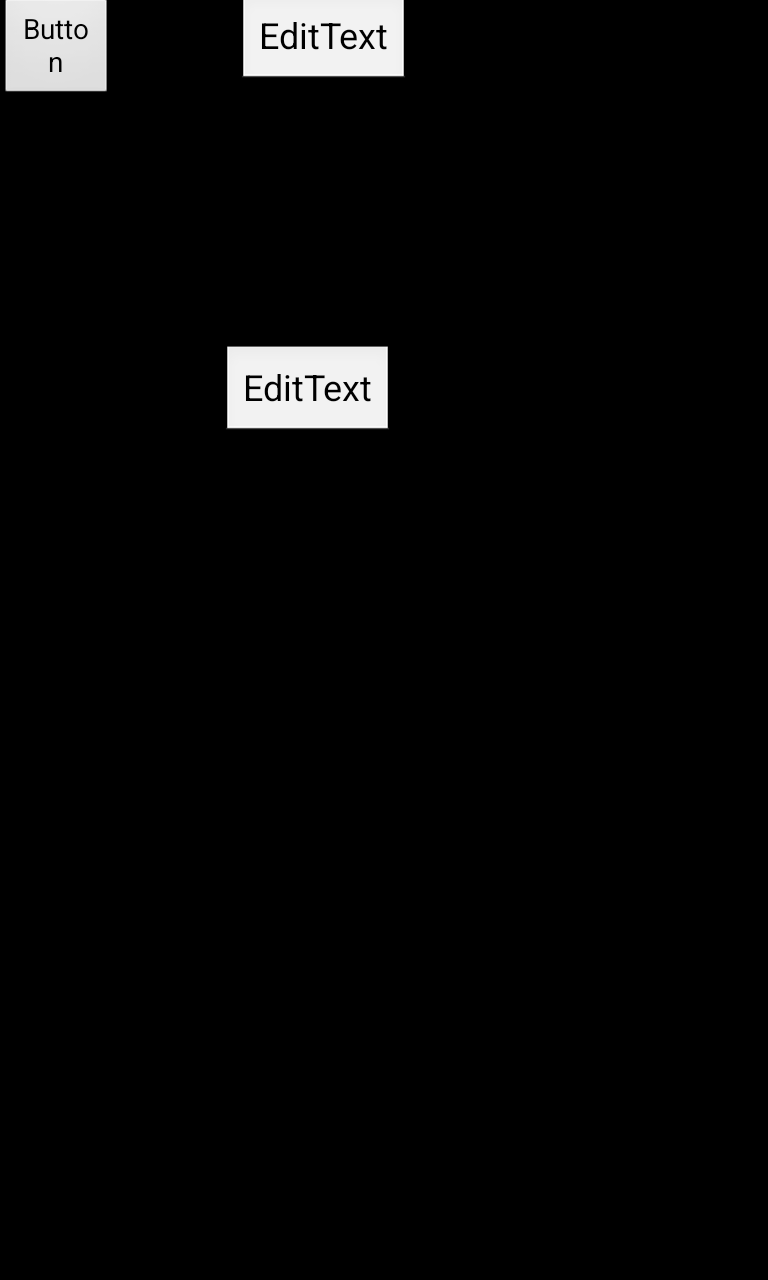
Repository: nuces-acm/DevFest-12-Team-9
Layout: data/Eclipse Workspace of android/Devfest/DCSClientApp/res/layout/test.xml
These files come from the project's save history. The layout is drawn as it stood at one moment and after the next save; the edit follows.
It is drawn on a 768 x 1280 px phone screen (xhdpi) without system bars, with theme android:Theme; the app's code is not run.

Above is the layout before, as saved 2012-04-01 02:32:46.

### data/Eclipse Workspace of android/Devfest/DCSClientApp/res/layout/test.xml
<?xml version="1.0" encoding="utf-8"?>
<AbsoluteLayout
	android:id="@+id/widget35"
	android:layout_width="fill_parent"
	android:layout_height="fill_parent"
	xmlns:android="http://schemas.android.com/apk/res/android">
<Button
	android:id="@+id/widget32"
	android:layout_width="117px"
	android:layout_height="wrap_content"
	android:text="Button"
	android:layout_x="-1dp"
	android:layout_y="-2dp" />
<EditText
	android:id="@+id/widget33"
	android:layout_width="wrap_content"
	android:layout_height="wrap_content"
	android:text="EditText"
	android:textSize="18sp"
	android:layout_x="119dp"
	android:layout_y="-4dp" />
<TabWidget
	android:id="@android:id/tabs"
	android:layout_width="wrap_content"
	android:layout_height="49px"
	android:layout_x="97dp"
	android:layout_y="57dp" />
<EditText
	android:id="@+id/widget67"
	android:layout_width="wrap_content"
	android:layout_height="wrap_content"
	android:text="EditText"
	android:textSize="18sp"
	android:layout_x="111dp"
	android:layout_y="172dp" />
</AbsoluteLayout>

After the next save:
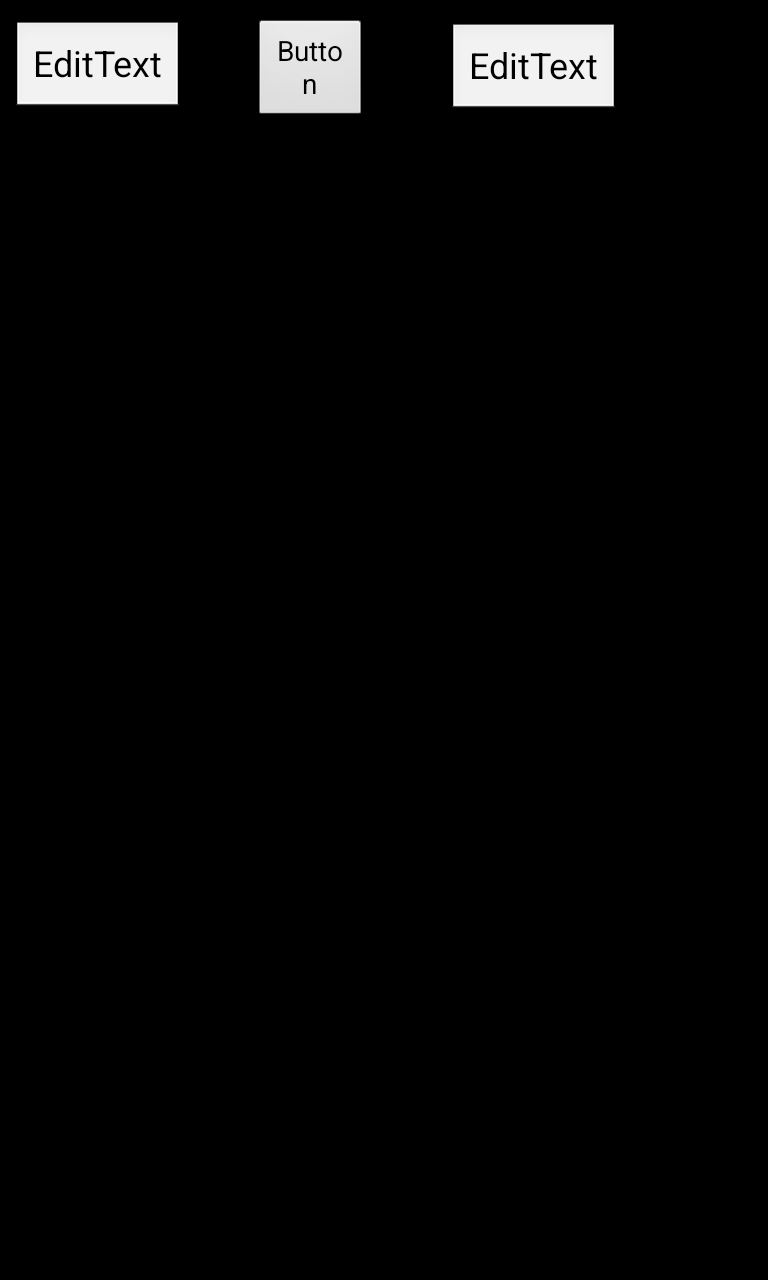
Saved 13 min 1 s later.
--- a/data/Eclipse Workspace of android/Devfest/DCSClientApp/res/layout/test.xml
+++ b/data/Eclipse Workspace of android/Devfest/DCSClientApp/res/layout/test.xml
@@ -4,33 +4,37 @@
 	android:layout_width="fill_parent"
 	android:layout_height="fill_parent"
 	xmlns:android="http://schemas.android.com/apk/res/android">
-<Button
-	android:id="@+id/widget32"
-	android:layout_width="117px"
-	android:layout_height="wrap_content"
-	android:text="Button"
-	android:layout_x="-1dp"
-	android:layout_y="-2dp" />
-<EditText
-	android:id="@+id/widget33"
-	android:layout_width="wrap_content"
-	android:layout_height="wrap_content"
-	android:text="EditText"
-	android:textSize="18sp"
-	android:layout_x="119dp"
-	android:layout_y="-4dp" />
 <TabWidget
 	android:id="@android:id/tabs"
 	android:layout_width="wrap_content"
 	android:layout_height="49px"
 	android:layout_x="97dp"
 	android:layout_y="57dp" />
+
+<Button
+    android:id="@+id/widget32"
+    android:layout_width="117px"
+    android:layout_height="wrap_content"
+    android:layout_x="126dp"
+    android:layout_y="9dp"
+    android:text="Button" />
+
 <EditText
-	android:id="@+id/widget67"
-	android:layout_width="wrap_content"
-	android:layout_height="wrap_content"
-	android:text="EditText"
-	android:textSize="18sp"
-	android:layout_x="111dp"
-	android:layout_y="172dp" />
+    android:id="@+id/widget67"
+    android:layout_width="wrap_content"
+    android:layout_height="wrap_content"
+    android:layout_x="224dp"
+    android:layout_y="11dp"
+    android:text="EditText"
+    android:textSize="18sp" />
+
+<EditText
+    android:id="@+id/widget33"
+    android:layout_width="wrap_content"
+    android:layout_height="wrap_content"
+    android:layout_x="6dp"
+    android:layout_y="10dp"
+    android:text="EditText"
+    android:textSize="18sp" />
+
 </AbsoluteLayout>
